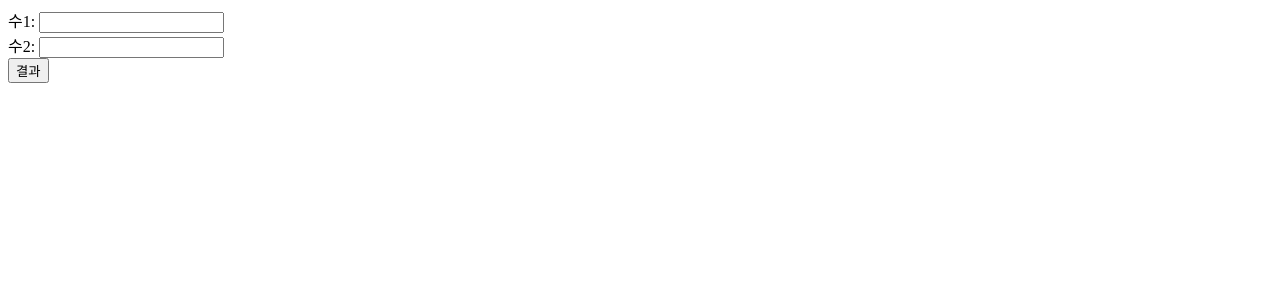
Repository: ProSleeper/itwill
Page: http://localhost/study/day1/hap.jsp
An editor plug-in stored every save of this project. The page is shown before and after a run of saves, followed by the edit.
The browser window is 1280 px wide. The pictures show the whole page.
The page is served by Tomcat 9.

Above is the page before, as saved 2022-07-18 01:13:12.

### study/WebContent/day1/hap.jsp
<%@ page language="java" contentType="text/html; charset=UTF-8"
    pageEncoding="UTF-8"%>
<!DOCTYPE html PUBLIC "-//W3C//DTD HTML 4.01 Transitional//EN" "http://www.w3.org/TR/html4/loose.dtd">
<html>
<head>
<meta http-equiv="Content-Type" content="text/html; charset=UTF-8">
<title>Insert title here</title>
</head>
<body>

<form action="hap_ok.jsp" method = "get">
    <!-- <form action="hap_ok.jsp" method = "post"></form> -->
    <!-- get방식은 주소창에 데이터를 보여주고
        post방식은 데이터를 안보여준다.



         -->

수1: <input  type = "text" name = "su1"/><br/>
수2: <input  type = "text" name = "su2"/><br/>
<input type="submit" value="결과"/><br/>


</form>



</body>
</html>

After the next 3 saves:
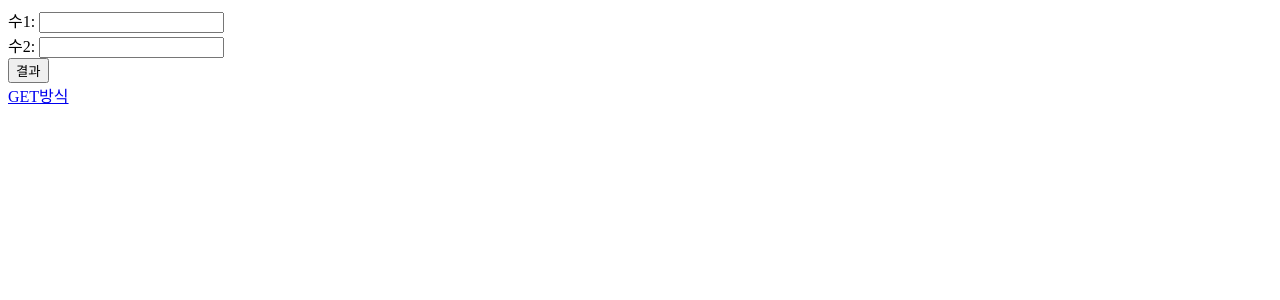
The 3 saves are shown as one change because 2 did not build or start.
The last was saved 5 min 43 s later.
--- a/study/WebContent/day1/hap.jsp
+++ b/study/WebContent/day1/hap.jsp
@@ -24,6 +24,8 @@
 
 </form>
 
+<a href = "hap_ok.jsp?su1=100">GET방식</a>
+
 
 
 </body>
